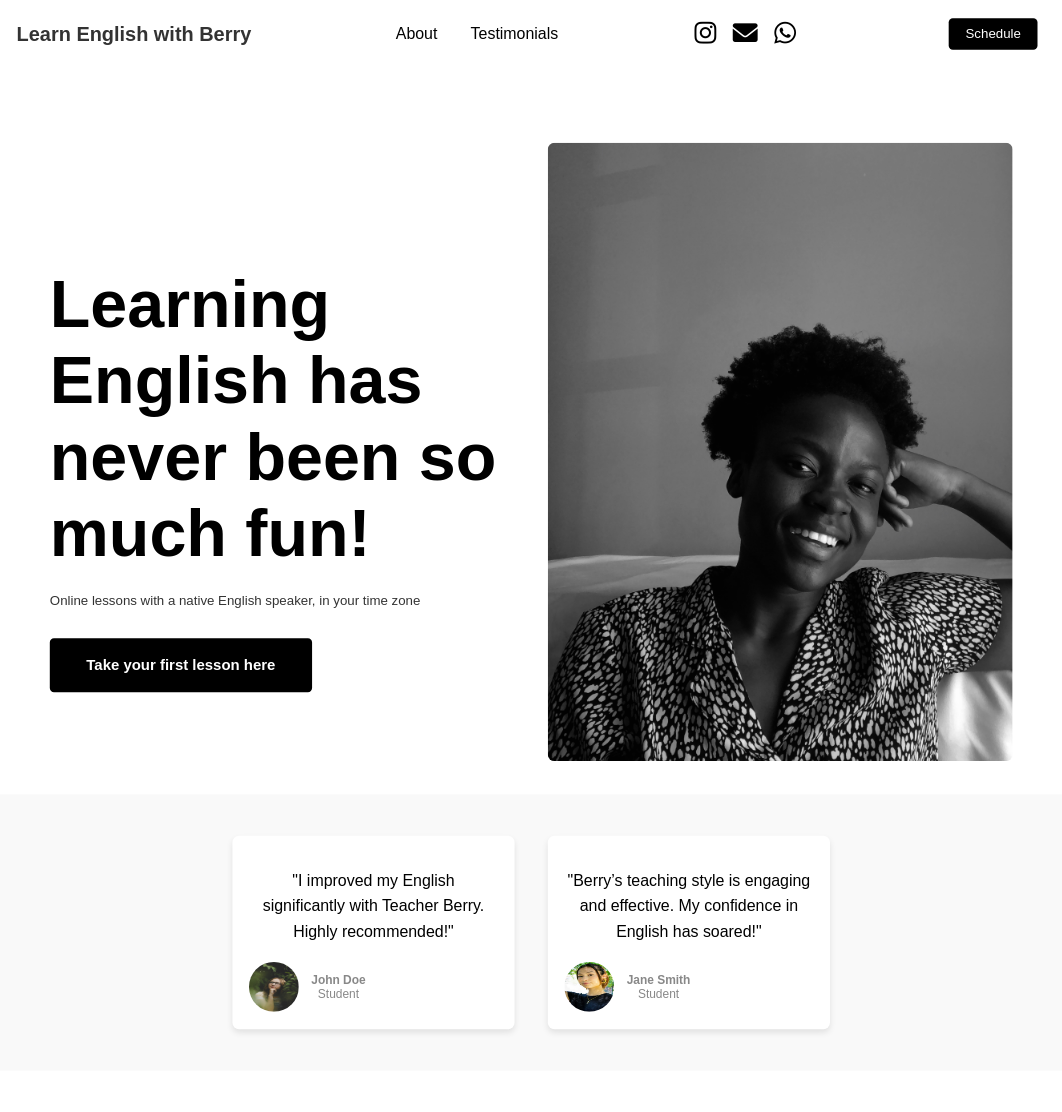
Repository: ntandomagana/esl-landing-page
Page: index.html
These files come from the project's save history. The page is drawn as it stood at one moment and after a run of saves; the edit follows.
The browser window is 1280 px wide. The pictures show the whole page, at 83% of full size.

Above is the page before, as saved 2024-07-17 13:51:25.

### index.html
<!DOCTYPE html>
<html lang="en">
<head>
    <meta charset="UTF-8">
    <meta name="viewport" content="width=device-width, initial-scale=1.0">
    <link rel="stylesheet" href="https://cdnjs.cloudflare.com/ajax/libs/font-awesome/6.0.0-beta3/css/all.min.css">

    <title>Berry's English</title>
    <link rel="stylesheet" href="index.css">
</head>
<body>
    <!-- Header Section -->
    <header>
        <div class="header-container">
            <div class="logo"><h1>Learn English with Berry</h1>
            </div>
            <nav>
                <ul>
                    <li><a href="#about">About</a></li>
                    <li><a href="#testimonials">Testimonials</a></li>

                </ul>
            </nav>
            <div class="social-links">
                <a href="#" class="social-link"><i class="fab fa-instagram"></i></a>
                <a href="mailto:berry@example.com" class="social-link"><i class="fas fa-envelope"></i></a>
                <a href="https://wa.me/1234567890" class="social-link"><i class="fab fa-whatsapp"></i></a>
            </div>
            <a href="#contact" class="schedule-button">Schedule</a>
        </div>
    </header>

    <!-- Left and right division -->
     <section class="content-section">
        <div class="content-wrapper">
            <div class="left-content">
                <h2>Learning English has <br />
                    never been so much fun!</h2>
                <p>Online lessons with a native English speaker, in your time zone</p>
                <a href="#contact" class="action-button">Take your first lesson here</a>
            </div>

            <div class="right-content">
                <img src="./assets/bwpp.jpg" alt="Teacher Berry's Image">
            </div>
        </div>

        <section id="testimonials" class="testimonials-section">
    <div class="testimonials-container">
        <div class="testimonial-item">
            <div class="testimonial-content">
                <p>"I improved my English significantly with Teacher Berry. Highly recommended!"</p>
            </div>
            <div class="testimonial-author">
                <img src="./assets/first.jpg" alt="Testimonial Author">
                <p><strong>John Doe</strong><br>Student</p>
            </div>
        </div>

        <div class="testimonial-item">
            <div class="testimonial-content">
                <p>"Berry’s teaching style is engaging and effective. My confidence in English has soared!"</p>
            </div>
            <div class="testimonial-author">
                <img src="./assets/second.jpg" alt="Testimonial Author">
                <p><strong>Jane Smith</strong><br>Student</p>
            </div>
        </div>

        <!-- Add more testimonials as needed -->
    </div>
</section>


    <!-- Add more testimonials as needed -->
</section>


     </section>
    </footer>
</body>
</html>

### index.css
/* styles.css */

body {
  font-family: Arial, Helvetica, sans-serif;
  margin: 0;
  padding: 0;
  box-sizing: border-box;
}

.header-container {
  display: flex;
  justify-content: space-between;
  align-items: center;
  padding: 10px 20px;
  background-color: white;
}

.logo h1 {
  margin: 0;
  font-size: 24px;
  color: #333;
}

nav ul {
  list-style-type: none;
  padding: 0;
  margin: 0;
  display: flex;
}

nav ul li {
  display: inline;
  margin: 20px; /* Adjust margin to add space between list items */
}

nav ul li:last-child {
  margin-right: 0;
}

nav ul li a {
  color: rgb(2, 2, 2);
  text-decoration: none;
  font-size: 1.2rem;
}

nav ul li a:hover {
  color: black;
  font-weight: bold;
}

.social-links {
  display: flex;
  align-items: center;
  margin-right: 20px;
}

.social-link {
  margin: 0 10px;
  display: inline-block;
  color: black;
  font-size: 30px;
  transition: color 0.3s ease, transform 0.3s ease, box-shadow 0.3s ease;
}

.social-link i {
  color: black;
}

.social-link:hover i {
  color: black;
  transition: black 4s ease-in-out;
  transform: translateY(-5px);
  box-shadow: 0 4px 8px rgba(19, 18, 18, 0.2);
}

.schedule-button {
  padding: 10px 20px;
  background-color: black;
  color: #fff;
  text-decoration: none;
  border-radius: 5px;
  transition: background-color 0.3s ease;
  border: none;
  cursor: pointer;
  margin-right: 10px;
}

.schedule-button:hover {
  background-color: #fff;
  border-color: rgba(0, 0, 0, 0);
  border: solid black;
  color: black;
}

.content-section {
  padding: 50px 0;
  text-align: center;
}

.content-wrapper {
  display: flex;
  justify-content: space-around;
  align-items: stretch;
  max-width: 1200px;
  margin: 20px auto;
}

.left-content {
  flex: 1;
  padding: 20px;
  text-align: left;
  display: flex;
  flex-direction: column;
  justify-content: center;
  align-items: flex-start;
}

.left-content h2 {
  font-size: 5rem;
  align-items: flex-end;
  color: rgb(0, 0, 0);
  margin-bottom: 10px;
  width: 100%;
}

.left-content p {
  font-size: 1rem;
  color: #333;
  width: 100%;
}

.right-content {
  flex: 1;
  padding: 20px;
  text-align: center;
  display: flex;
  justify-content: center;
  align-items: center;
}

.right-content img {
  max-width: 100%;
  height: auto;
  max-height: 800px; /* Example maximum height, adjust as needed */
  border-radius: 8px;
  /* Optional: Adds a subtle shadow */
}

.action-button {
    display: inline-block;
  padding: 18px 40px;
  background-color: black;
  color: #fff;
  border: 4px solid black;
  text-decoration: none;
  border-radius: 5px;
  transition: background-color 0.3s ease;
  margin-top: 20px;
  font-size: 18px;
  font-weight: bold;

}

.action-button:hover {
  background-color: #fff;
  border-color: rgba(0, 0, 0, 0);
  border: 4px solid black;
  color: black;
  margin: 20px;
  padding: 18px 40px;
}


.testimonials-section {
    padding: 50px 0;
    text-align: center;
    background-color: #f9f9f9; /* Light background color */
}

.testimonials-container {
    display: flex;
    justify-content: center; /* Center align items horizontally */
    flex-wrap: wrap; /* Allow items to wrap to the next line if needed */
}

.testimonial-item {
    width: 300px; /* Adjust width as needed */
    margin: 0 20px; /* Adjust margin between testimonials */
    padding: 20px;
    background-color: #fff;
    border-radius: 8px;
    box-shadow: 0 4px 8px rgba(0, 0, 0, 0.1); /* Subtle shadow effect */
}

.testimonial-content {
    margin-bottom: 20px;
}

.testimonial-content p {
    font-size: 1.2rem;
    line-height: 1.6;
}

.testimonial-author {
    display: flex;
    align-items: center;
}

.testimonial-author img {
    width: 60px;
    height: 60px;
    border-radius: 50%; /* Rounded avatar */
    margin-right: 15px;
}

.testimonial-author p {
    font-size: 0.9rem;
    color: #888;
}

.testimonial-author strong {
    font-weight: bold;
}

After the next 2 saves:
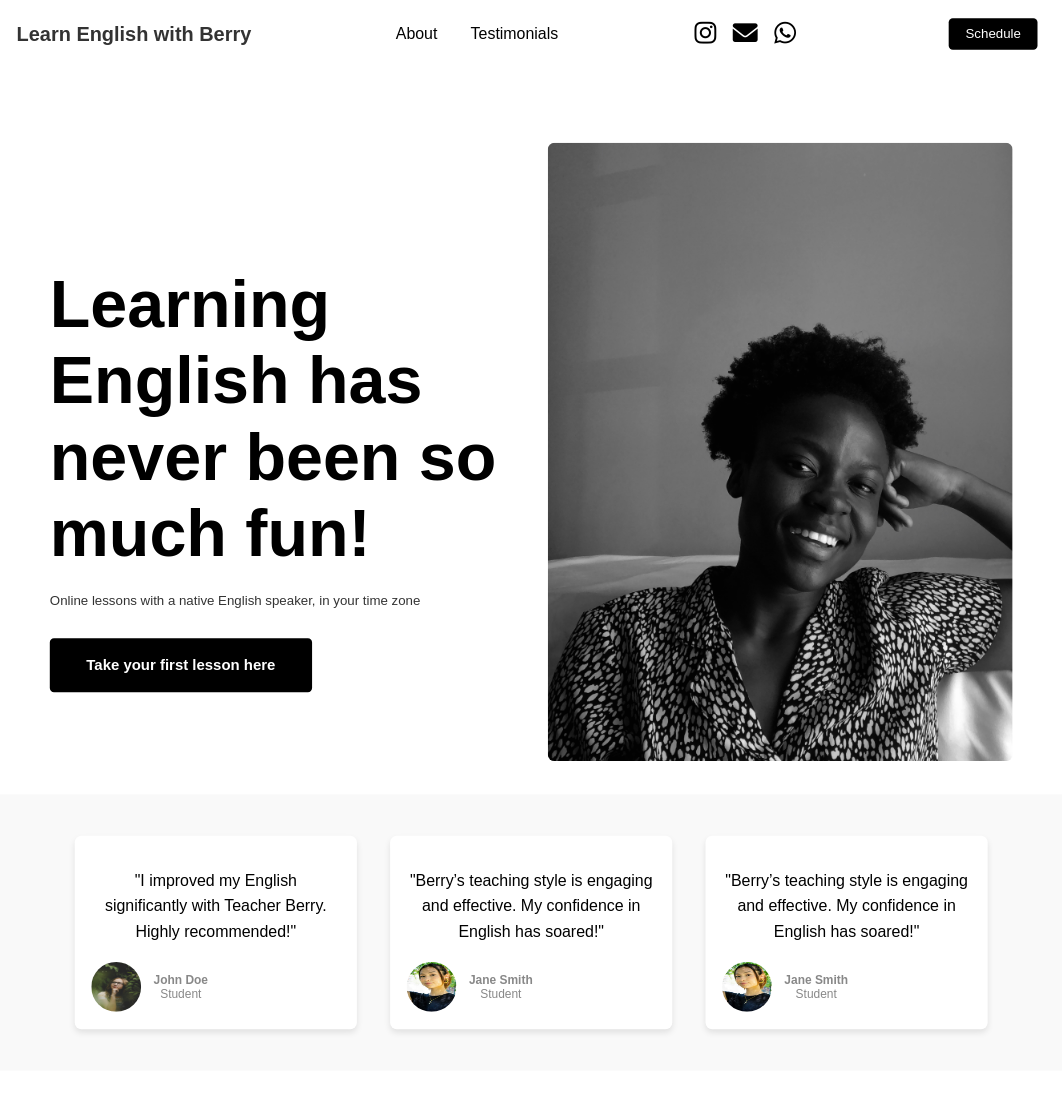
The 2 saves are shown as one change because they came seconds apart.
The last was saved 23 s later.
--- a/index.html
+++ b/index.html
@@ -67,6 +67,17 @@
             </div>
         </div>
 
+
+        <div class="testimonial-item">
+            <div class="testimonial-content">
+                <p>"Berry’s teaching style is engaging and effective. My confidence in English has soared!"</p>
+            </div>
+            <div class="testimonial-author">
+                <img src="./assets/second.jpg" alt="Testimonial Author">
+                <p><strong>Jane Smith</strong><br>Student</p>
+            </div>
+        </div>
+
         <!-- Add more testimonials as needed -->
     </div>
 </section>
